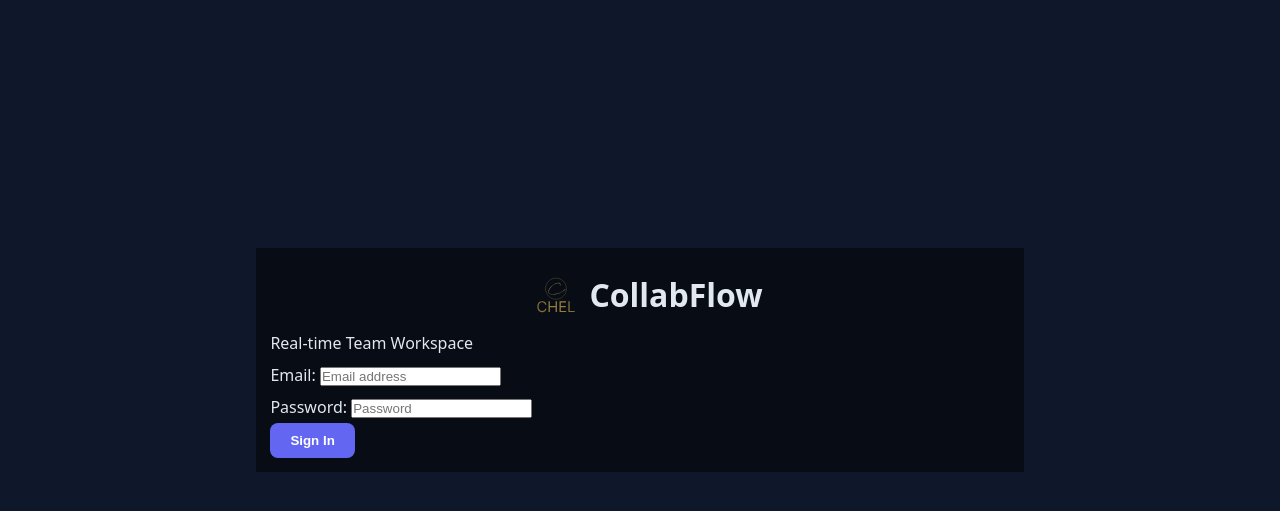
Repository: Lovethrech/collabflow
Page: /
These files come from the project's save history. The page is drawn as it stood at one moment and after the next save; the edit follows.
The browser window is 1280 px wide. The pictures show the whole page.
The project was rebuilt for these pictures with package versions that can differ from the ones it lists, and the page was loaded fresh each time. The framework's server and built-in components were replaced by stand-ins that run in the browser. Also part of the build but not shown: nuxt.config.ts.

Above is the page before, as saved 2026-05-20 19:33:03.

### app/assets/css/main.css
:root {
    --primary: #6366f1;
    --primary-dark: #4f46e5;
    --bg: #0f172a;
    --card: #1e2937;
    --card-hover: #334155;
    --text: #e2e8f0;
    --text-light: #94a3b8;
    --border: #475569;
}

* {
    margin: 0;
    padding: 0;
    box-sizing: border-box;
    outline: 0;
    text-decoration: none;
}

body {
    font-family: system-ui, -apple-system, BlinkMacSystemFont, 'Segoe UI', Roboto, sans-serif;
    background-color: var(--bg);
    color: var(--text);
    line-height: 2;
}

#app{
    min-height: 100vh;
}

.container {
    max-width: 1280px;
    margin: 0 auto;
    padding: 0 20px;
}

/* Basic button styles */
.btn {
    padding: 10px 20px;
    border: none;
    border-radius: 8px;
    font-weight: 600;
    cursor: pointer;
    transition: all 0.2s;
}

.btn-primary {
    background: var(--primary);
    color: white;
}

.btn-primary:hover {
    background: var(--primary-dark);
}

.flex-center-center{
    display: flex;
    place-items: center;
    justify-content: center;
}
.flex-row{
    display: flex;
    flex-direction: row;
}
.full-width-height{
    width: 100%;
    height: 100vh;
}

### app/app.vue
<script setup>
useHead({
  meta: [
    { name: 'viewport', content: 'width=device-width, initial-scale=1' }
  ],
  link: [
    { rel: 'icon', href: '/favicon.ico' }
  ],
  htmlAttrs: {
    lang: 'en'
  }
})

const title = 'Chel CollabFlow'
const description = ''

useSeoMeta({
  title,
  description,
  ogTitle: title,
  ogDescription: description,
  ogImage: 'https://ui.nuxt.com/assets/templates/nuxt/starter-light.png',
  twitterCard: 'summary_large_image'
})
</script>

<template>
  <div id="app">
      <main>
        <NuxtPage />
      </main>
  </div>
</template>

### app/pages/index.vue
<script setup>
const title = 'Auth | Chel CollabFlow'
const description = ''

useSeoMeta({
    title,
    description
})
</script>

<template>
    <div class="auth-page flex-center-center">
        <div class="auth-card">
            <div class="auth-title-ctn flex-row">
                <img src="/ChelModernLogo.svg" alt="">
                <h1>CollabFlow</h1>
            </div>
            <p class="title-desc">
                Real-time Team Workspace
            </p>
            <form @submit.prevent="">
                <div class="auth-form-label-and-input-ctn">
                    <label for="email">
                        Email:
                    </label>
                    <input
                        v-model="email"
                        type="email"
                        placeholder="Email address"
                        requires
                    />
                </div>
                <div class="auth-form-label-and-input-ctn">
                    <label for="password">
                        Password:
                    </label>
                    <input
                        v-model="password"
                        type="password"
                        placeholder="Password"
                        requires
                    />
                </div>
                <button type="submit" class="btn btn-primary" :disabled="loading">
                    {{loading? "Signing in ..." : "Sign In"}}
                </button>
            </form>
        </div>
    </div>
</template>

<style scoped>
.auth-page{
    width: 100%;
    height: 100vh;
}
.auth-card{
    background-color: #0000007e;
    width: 60%;
    padding: 2vh;
}
.auth-title-ctn{
    justify-content: center;
}
.auth-title-ctn img{
    width: 10vh;
}
</style>

After the next save:
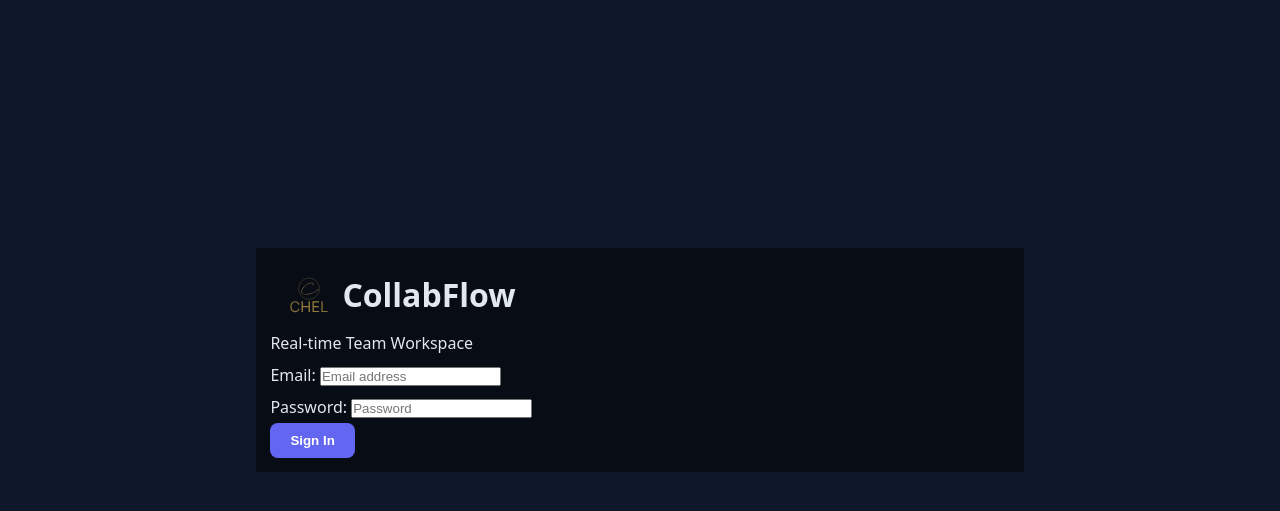
Saved 49 s later.
--- a/app/pages/index.vue
+++ b/app/pages/index.vue
@@ -59,7 +59,7 @@
     width: 60%;
     padding: 2vh;
 }
-.auth-title-ctn{
+.auth-title-ctn, {
     justify-content: center;
 }
 .auth-title-ctn img{

After the save that followed:
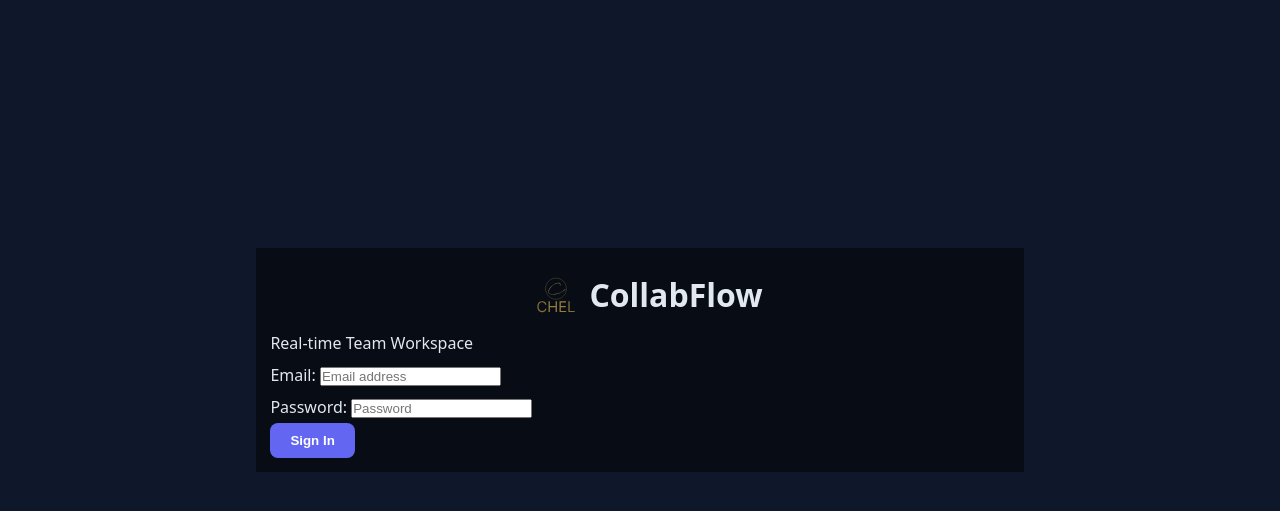
Saved 5 s later.
--- a/app/pages/index.vue
+++ b/app/pages/index.vue
@@ -59,7 +59,7 @@
     width: 60%;
     padding: 2vh;
 }
-.auth-title-ctn, {
+.auth-title-ctn, .title-desc{
     justify-content: center;
 }
 .auth-title-ctn img{
